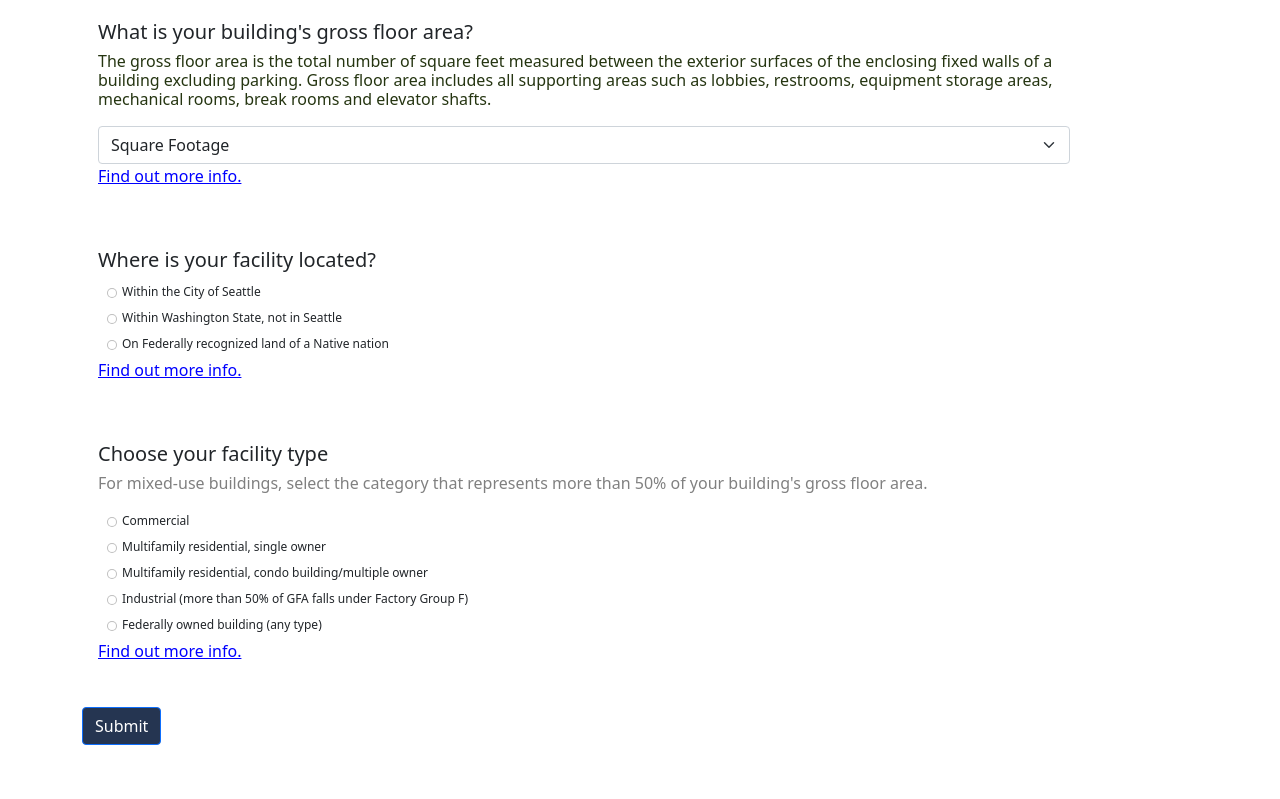
Repository: ChaidGPT/SershonSystemsQuiz
Page: index.html
These files come from the project's save history. The page is drawn as it stood at one moment and after the next save; the edit follows.
The browser window is 1280 px wide. The pictures show the whole page.

Above is the page before, as saved 2023-07-13 13:29:38.

### index.html
<!DOCTYPE html>
<html>

<head>
	<meta charset="utf-8">
	<title>Quiz</title>
	<link rel="stylesheet" href="https://cdn.jsdelivr.net/npm/bootstrap@5.0.2/dist/css/bootstrap.min.css">
	<style>
	.card {
		width: 90%;
        border: none;
	}

	.card-column {
		display: flex;
		flex-direction: column;
		align-items: center;
		max-width: auto;
	}

    .btn {
        color: white;
        background-color: #253551;
    }

	.card-body p {
		font-size: 8;
		color: gray;
		line-height: 1.2;
	}

	.form-check-input[type="radio"] {
        font-size: 10px;
		margin-right: 5px;
    }

    .form-check-label {
        font-size: 12px;
    }

	.form-check {
  display: flex;
  align-items: center;
}

.info-link {
    color: blue;
}

#resultContainer {
  overflow-y: auto;
}

#resultMessage {
  text-align: justify;
  font-size: 12px;
}
	</style>
</head>

<body>
	<div id="quizContainer" class="container">
		<!-- Question 1 Card -->
		<div class="card mb-1 mt-1">
			<div class="card-body">
				<h5 class="card-title">What is your building's gross floor area?</h5>
        <p class="card-text" style="color: #253511;">The gross floor area is the total number of square feet measured between the exterior surfaces of the enclosing fixed walls of a building excluding parking. Gross floor area includes all supporting areas such as lobbies, restrooms, equipment storage areas, mechanical rooms, break rooms and elevator shafts.</p>
				<div class="form-group">
					<select id="buildingSize" type="number" class="form-select">
						<option value="">Square Footage</option>
						<option value="under20k">less than 20k square feet</option>
						<option value="20kTo30k">20k - 30k square feet</option>
						<option value="30kTo50k">30k - 50k square feet</option>
						<option value="50kTo70k">50k - 70k square feet</option>
						<option value="70kTo90k">70k - 90k square feet</option>
						<option value="90kTo100k">90k - 100k square feet</option>
						<option value="100kTo200k">100k - 200k square feet</option>
						<option value="200kTo220k">200k - 220k square feet</option>
						<option value="over220k">over 220k square feet</option>
					</select>
				</div>
				<a href="" target="_blank" class="info-link">Find out more info.</a>
			</div>
		</div>
		<!-- Question 1 Card End -->
		<br>
		<!-- Question 2 Card -->
		<div class="card mb-1">
			<div class="card-body">
				<h5 class="card-title">Where is your facility located?</h5>
				<div class="form-check">
					<input type="radio" id="seattle" name="buildingLocation" value="seattle" class="form-check-input">
					<label for="seattle" class="form-check-label">Within the City of Seattle</label>
				</div>
				<div class="form-check">
					<input type="radio" id="washington" name="buildingLocation" value="washington" class="form-check-input">
					<label for="washington" class="form-check-label">Within Washington State, not in Seattle</label>
				</div>
				<div class="form-check">
					<input type="radio" id="native" name="buildingLocation" value="native" class="form-check-input">
					<label for="native" class="form-check-label">On Federally recognized land of a Native nation</label>
				</div>
				<a href="" target="_blank" class="info-link">Find out more info.</a>
			</div>
		</div>
		<!-- Question 2 Card End -->
		<br>
		<!-- Question 3 Card -->
		<div class="card mb-1">
			<div class="card-body">
				<h5 class="card-title">Choose your facility type</h5>
				<p class="card-text">For mixed-use buildings, select the category that represents more than 50% of your building's gross floor area.</p>
				<div class="form-group">
					<div class="form-check">
						<input type="radio" id="commercial" name="facilityType" value="commercial" class="form-check-input">
						<label for="commercial" class="form-check-label">Commercial</label>
					</div>
					<div class="form-check">
						<input type="radio" id="MFsingle" name="facilityType" value="MFsingle" class="form-check-input">
						<label for="MFsingle" class="form-check-label">Multifamily residential, single owner</label>
					</div>
					<div class="form-check">
						<input type="radio" id="MFmultiple" name="facilityType" value="MFmultiple" class="form-check-input">
						<label for="MFmultiple" class="form-check-label">Multifamily residential, condo building/multiple owner</label>
					</div>
					<div class="form-check">
						<input type="radio" id="industrial" name="facilityType" value="industrial" class="form-check-input">
						<label for="industrial" class="form-check-label">Industrial (more than 50% of GFA falls under Factory Group F)</label>
					</div>
					<div class="form-check">
						<input type="radio" id="federal" name="facilityType" value="federal" class="form-check-input">
						<label for="federal" class="form-check-label">Federally owned building (any type)</label>
					</div>
				</div>
				<a href="" target="_blank" class="info-link">Find out more info.</a>
			</div>
		</div>
		<!-- Question 3 Card End -->
		<br>
		<button id="submitBtn" type="submit" class="btn btn-primary">Submit</button>
	</div>

  <div id="resultContainer" class="container d-flex align-items-center justify-content-center fade" style="display: none;">
    <div class="text-center">
      <p id="resultMessage"></p>
      <button id="goBackBtn" type="button" class="btn btn-primary">Go back</button>
    </div>
  </div>

	<script src="https://cdn.jsdelivr.net/npm/bootstrap@5.0.2/dist/js/bootstrap.bundle.min.js"></script>
	<script>

    // Info Snippets
    var fullEXEMPT = '<h3>Exempt</h3> <b>Based on the answers provided, your facility is not subject to the following regulations:</b><br>' +
                'Seattle Energy Benchmarking, Seattle Building Tune-Ups, WA Clean Buildings Performance Standard, or Seattle Building Emissions Performance Standard<br>' +
                'To learn more, contact Sershon Systems at (206)745-2938 or emily@sershonsystems.com.<br><br>' +
                '<b>Possible Reasons for Exemption:</b><br>' +
                '&#8226; Federal ownership<br>' +
                '&#8226; Industrial facility<br>' +
                '&#8226; Located within a Native nation<br>' +
                '&#8226; Facilities less than 20,000 square feet<br><br>' +
                '<b>You may be required to apply for exemption and provide supporting documentation.</b><br>' +
                '• Contact Sershon Systems to discuss specific exemption application deadlines.';
    var answerBegin = '<b>Based on the answers provided, your facility is subject to the legislation and deadlines shown. For more information on compliance, to get started, or to speak with a qualified person, contact Sershon Systems at (206)745-2938 or emily@sershonsystems.com</b><br><br>';
    var sebOct1st23 = '<b>Seattle Energy Benchmarking</b><br>' +
                      '<ul>' +
                        '<li>Oct 1st, 2023, then annually on June 1st</li>' +
                      '</ul>';
    var setuOct1st23 = '<b>Seattle Building Tune-Ups</b>' +
                        '<ul>' +
                          '<li>Oct 1st, 2023</li>' +
                        '</ul>';
    var cbpsJun1sr23  = '<b>WA Clean Buildings Performance Standard</b>' +
                          '<ul>' +
                            '<li>June 1st, 2024: last date to start 24-month data collection window</li>' +
                            '<li>June 1st, 2025: energy management plan must be implemented</li>' +
                            '<li>June 1st, 2026 compliance deadline, and every 5 years thereafter</li>' +
                          '</ul>';
    var sbepsOct1st24 = '<b>Seattle Building Emissions Performance Standard</b>' +
                          '<ul>' +
                            '<li>Oct 1st, 2027: reporting deadline</li>' +
                            '<li>Oct 1st, 2031: compliance deadline</li>' +
                            '<li>Every 5 years, achieving net zero emissions Oct 1st, 2041</li>' +
                          '</ul>';
    var cbpsJune1st25 = '<b>Clean Buildings Performance Standard</b>' +
                            '<ul>' +
                              '<li>June 1st, 2025: last date to start 24-month data collection window</li>' +
                              '<li>June 1st, 2026: energy management plan must be implemented</li>' +
                              '<li>June 1st, 2027 compliance deadline, and every 5 years thereafter</li>' +
                            '<ul>';
    var sbepsOct1st27 = '<b>Seattle Building Emissions Performance</b>' +
                              '<ul>' +
                                '<li>Standard Oct 1st, 2027: reporting deadline</li>' +
                                '<li>Oct 1st, 2032: compliance deadline</li>' +
                                '<li>Every 5 years, achieving net zero emissions Oct 1st, 2042</li>' +
                              '</ul>';
    var sbtuOct1st24 = '<b>Seattle Building Tune-Ups</b>' +
                        '<ul>' +
                          '<li>Oct 1st, 2024</li>' +
                        '</ul>';
    var sbtuOct1st25 = '<b>Seattle Building Tune-Ups</b>' +
                        '<ul>' +
                          '<li>Oct 1st, 2025</li>' +
                        '</ul>';
    var cbpsJune1st26 = '<b>WA Clean Buildings Performance Standard</b>' +
                        '<ul>' +
                          '<li>June 1st, 2026: last date to start 24-month data collection window</li>' +
                          '<li>June 1st, 2027: energy management plan must be implemented</li>' +
                          '<li>June 1st, 2028 compliance deadline, and every 5 years thereafter</li>' +
                        '</ul>';
    var sbepsOct1st28 = '<b>Seattle Building Emissions Performance Standard</b>' +
                        '<ul>' +
                          '<li>Oct 1st, 2028: reporting deadline</li>' +
                          '<li>Oct 1st, 2033: compliance deadline</li>' +
                          '<li>Every 5 years, achieving net zero emissions Oct 1st, 2043</li>' +
                        '</ul>';
    var sbtuOct1st26 = '<b>Seattle Building Tune-Ups</b>' +
                        '<ul>' +
                          '<li>Oct 1st, 2026</li>' +
                        '</ul>';
    var cbpsJuly1st26 = '<b>WA Clean Buildings Performance Standard</b>' +
                        '<ul>' +
                          '<li>July 1st, 2026 energy management plan must be implemented</li>' +
                          '<li>July 1st, 2027 reporting only, then compliance on 5-year cycle</li>' +
                        '</ul>';
    var sbepsOct1st29 = '<b>Seattle Building Emissions Performance Standard</b>' +
                        '<ul>' +
                          '<li>Oct 1st, 2029: reporting deadline</li>' +
                          '<li>Oct 1st, 2034: compliance deadline Every 5 years, achieving net zero emissions Oct 1st, 2044</li>' +
                        '</ul>';
    var sbepsOct1st30 = '<b>Seattle Building Emissions Performance Standard</b>' +
                        '<ul>' +
                          '<li>Oct 1st, 2030: reporting deadline</li>' +
                          '<li>Oct 1st, 2035: compliance deadline Every 5 years, achieving net zero emissions Oct 1st, 2045</li>' +
                        '</ul>';
    var sbepsOct1st2731 = '<b>Seattle Building Emissions Performance Standard</b>' +
                        '<ul>' +
                          '<li>Oct 1st, 2027: reporting deadline</li>' +
                          '<li>Oct 1st, 2031: compliance deadline Every 5 years, achieving net zero emissions Oct 1st, 2046</li>' +
                        '</ul>';
    var sbepsOct1st2833 = '<b>Seattle Building Emissions Performance Standard</b>' +
                        '<ul>' +
                          '<li>Oct 1st, 2028: reporting deadline' +
                          '<li>Oct 1st, 2033: compliance deadline Every 5 years, achieving net zero emissions Oct 1st, 2048</li>' +
                        '</ul>';
    var sbepsOct1st2949 = '<b>Seattle Building Emissions Performance Standard</b>' +
                        '<ul>' +
                          '<li>Oct 1st, 2029: reporting deadline' +
                          '<li>Oct 1st, 2034: compliance deadline Every 5 years, achieving net zero emissions Oct 1st, 2049</li>' +
                        '</ul>';
    var sbepsOct1st20 = '<b>Seattle Building Emissions Performance Standard</b>' +
                        '<ul>' +
                          '<li>Oct 1st, 2020: reporting deadline' +
                          '<li>Oct 1st, 2035: compliance deadline Every 5 years, achieving net zero emissions Oct 1st, 2050</li>' +
                        '</ul>';
    var cbpsJune1st2527 = '<b>WA Clean Buildings Performance Standard</b>' +
                        '<ul>' +
                          '<li>June 1st, 2025: last date to start 24-month data collection window' +
                          '<li>June 1st, 2026: energy management plan must be implemented</li>' +
                          '<li>June 1st, 2027: compliance deadline, and every 5 years thereafter</li>' +
                        '</ul>';
    var sbepsOct1st2732 = '<b>Seattle Clean Buildings Performance Standard</b>' +
                        '<ul>' +
                          '<li>June 1st, 2025: last date to start 24-month data collection window' +
                          '<li>Oct 1st, 2027: reporting deadline</li>' +
                          '<li>Oct 1st, 2032: compliance deadline Every 5 years, achieving net zero emissions Oct 1st, 2047</li>' +
                        '</ul>';
    // End Info Snippets

    var messageTable = {

      // Answer 1
      'over220k-seattle-commercial': 'Answer 1<br>' + answerBegin + sebOct1st23 + setuOct1st23 + cbpsJun1sr23 + sbepsOct1st24,

      // Answer 2
      '200kTo220k-seattle-commercial': 'Answer 2<br>' + answerBegin + sebOct1st23 + setuOct1st23 + cbpsJune1st25 + sbepsOct1st27,

      // Answer 3
      '100kTo200k-seattle-commercial': 'Answer 3<br>' + answerBegin + sebOct1st23 + cbpsJune1st25  + sbepsOct1st27 + sbtuOct1st24,

      // Answer 4
      '90kTo100k-seattle-commercial': 'Answer 4<br>' + answerBegin + sebOct1st23 + cbpsJune1st25 + sbepsOct1st27,

      // Answer 5
      '70kTo90k-seattle-commercial': 'Answer 5<br>' + answerBegin + sbtuOct1st25 + cbpsJune1st26 + sbepsOct1st28,

      // Answer 6
      '50kTo70k-seattle-commercial': 'Answer 6<br>' + answerBegin + sebOct1st23 + cbpsJune1st26 + sbepsOct1st28 + sbtuOct1st26,

      // Answer 7
      '30kTo50k-seattle-commercial': 'Answer 7<br>' + answerBegin + sebOct1st23 + cbpsJuly1st26 + sbepsOct1st29,

      // Answer 8
      '20kTo30k-seattle-commercial': 'Answer 8<br> ' + answerBegin + sebOct1st23 + cbpsJuly1st26 + sbepsOct1st30,

      // Answer 9
      '20kTo30k-washington-MFmultiple': 'Answer 9<br>' + fullEXEMPT,
      '30kTo50k-washington-MFmultiple': 'Answer 9<br>' + fullEXEMPT,
      '50kTo70k-washington-MFmultiple': 'Answer 9<br>' + fullEXEMPT,
      '70kTo90k-washington-MFmultiple': 'Answer 9<br>' + fullEXEMPT,
      '90kTo100k-washington-MFmultiple': 'Answer 9<br>' + fullEXEMPT,
      '100kTo200k-washington-MFmultiple': 'Answer 9<br>' + fullEXEMPT,
      '200kTo220k-washington-MFmultiple': 'Answer 9<br>' + fullEXEMPT,
      'over220k-washington-MFmultiple': 'Answer 9<br>' + fullEXEMPT,

      // Answer 10
      'over220k-seattle-MFsingle': 'Answer 10<br>' + answerBegin + sebOct1st23 + cbpsJuly1st26 + sbepsOct1st2731,

      // Answer 11
      '90kTo100k-seattle-MFsingle': 'Answer 11<br>' + answerBegin + sebOct1st23 + cbpsJuly1st26 + sbepsOct1st2732,
      '100kTo200k-seattle-MFsingle': 'Answer 11<br>' + answerBegin + sebOct1st23 + cbpsJuly1st26 + sbepsOct1st2732,
      '200kTo220k-seattle-MFsingle': 'Answer 11<br>' + answerBegin + sebOct1st23 + cbpsJuly1st26 + sbepsOct1st2732,

      // Answer 12
      '50kTo70k-seattle-MFsingle': 'Answer 12<br>' + answerBegin + sebOct1st23 + cbpsJuly1st26 + sbepsOct1st2833,
      '70kTo90k-seattle-MFsingle': 'Answer 12<br>' + answerBegin + sebOct1st23 + cbpsJuly1st26 + sbepsOct1st2833,

      // Answer 13
      '30kTo50k-seattle-MFsingle': 'Answer 13<br>' + answerBegin + sebOct1st23 + cbpsJuly1st26 + sbepsOct1st2949,

      // Answer 14
      '20kTo30k-seattle-MFsingle': 'Answer 14<br>' + answerBegin + sebOct1st23 + cbpsJuly1st26 + sbepsOct1st20,

      // Answer 15
      'over220k-seattle-MFmultiple': 'Answer 15<br>' + answerBegin + sebOct1st23 + sbepsOct1st2731,

      // Answer 16
      '90kTo100k-seattle-MFmultiple': 'Answer 16<br>' + answerBegin + sebOct1st23 + sbepsOct1st2732,
      '100kTo200k-seattle-MFmultiple': 'Answer 16<br>' + answerBegin + sebOct1st23 + sbepsOct1st2732,
      '200kTo220k-seattle-MFmultiple': 'Answer 16<br>' + answerBegin + sebOct1st23 + sbepsOct1st2732,

      // Answer 17
      '50kTo70k-seattle-MFmultiple': 'Answer 17<br>' + answerBegin + sebOct1st23 + sbepsOct1st2833,
      '70kTo90k-seattle-MFmultiple': 'Answer 17<br>' + answerBegin + sebOct1st23 + sbepsOct1st2833,

      // Answer 18
      '30kTo50k-seattle-MFmultiple': 'Answer 18' + answerBegin + sebOct1st23 + sbepsOct1st2949,

      // Answer 19
      '20kTo30k-seattle-MFmultiple': 'Answer 19<br>' + answerBegin + sebOct1st23 + sbepsOct1st20,

      // Answer 20
      'over220k-washington-commercial': 'Answer 20<br>' + answerBegin + cbpsJun1sr23,

      // Answer 21
      '90kTo100k-washington-commercial': 'Answer 21<br>' + answerBegin + cbpsJune1st2527,
      '100kTo200k-washington-commercial': 'Answer 21<br>' + answerBegin + cbpsJune1st2527,
      '200kTo220k-washington-commercial': 'Answer 21<br>' + answerBegin + cbpsJune1st2527,

      // Answer 22
      '50kTo70k-washington-commercial': 'Answer 22<br>' + answerBegin + cbpsJune1st26,
      '70kTo90k-washington-commercial': 'Answer 22<br>' + answerBegin + cbpsJune1st26,

      // Answer 23
      '20kTo30k-washington-commercial': 'Answer 23<br>' + answerBegin + cbpsJuly1st26,
      '30kTo50k-washington-commercial': 'Answer 23<br>' + answerBegin + cbpsJuly1st26,
      '20kTo30k-washington-MFsingle': 'Answer 23<br>' + answerBegin + cbpsJuly1st26,
      '30kTo50k-washington-MFsingle': 'Answer 23<br>' + answerBegin + cbpsJuly1st26,
      '50kTo70k-washington-MFsingle': 'Answer 23<br>' + answerBegin + cbpsJuly1st26,
      '70kTo90k-washington-MFsingle': 'Answer 23<br>' + answerBegin + cbpsJuly1st26,
      '90kTo100k-washington-MFsingle': 'Answer 23<br>' + answerBegin + cbpsJuly1st26,
      '100kTo200k-washington-MFsingle': 'Answer 23<br>' + answerBegin + cbpsJuly1st26,
      '200kTo220k-washington-MFsingle': 'Answer 23<br>' + answerBegin + cbpsJuly1st26,
      'over220k-washington-MFsingle': 'Answer 23<br>' + answerBegin + cbpsJuly1st26,
    };

    document.querySelector("#submitBtn").addEventListener("click", function(event) {
  event.preventDefault();

  var DD = document.querySelector('#buildingSize').value;
  var R1 = document.querySelector('input[name="buildingLocation"]:checked').value;
  var R2 = document.querySelector('input[name="facilityType"]:checked').value;

  // Check to see if the user chose a square footage
  if (DD === '') {
    alert("Please select a square footage option.");
    return;
  }

  var combination = DD + '-' + R1 + '-' + R2;

  // Check if the combination contains specific values
  if (R1 === 'native' || R2 === 'federal' || R2 === 'industrial' || DD === 'under20k') {
    var message = fullEXEMPT;
  } else {
    // Retrieve the message from the message table using the combination key
    var message = messageTable[combination] || 'Default message';
  }

  // Hide the quiz container with fade animation
  var quizContainer = document.getElementById('quizContainer');
  quizContainer.classList.add('fade');
  setTimeout(function() {
    quizContainer.style.display = 'none';
    quizContainer.classList.remove('fade');

    // Scroll to the top of the page
    window.scrollTo({ top: 30, behavior: 'smooth' });

    // Display the result container with fade animation
    var resultContainer = document.getElementById('resultContainer');
    resultContainer.style.display = 'flex';
    document.getElementById('resultMessage').innerHTML = message;
    resultContainer.classList.add('show');
  }, 1000); // Adjust the delay (in milliseconds) to match the animation duration
});

document.querySelector("#goBackBtn").addEventListener("click", function(event) {
  event.preventDefault();

  // Refresh the page
  location.reload();
});

</script>

</body>

</html>

After the next save:
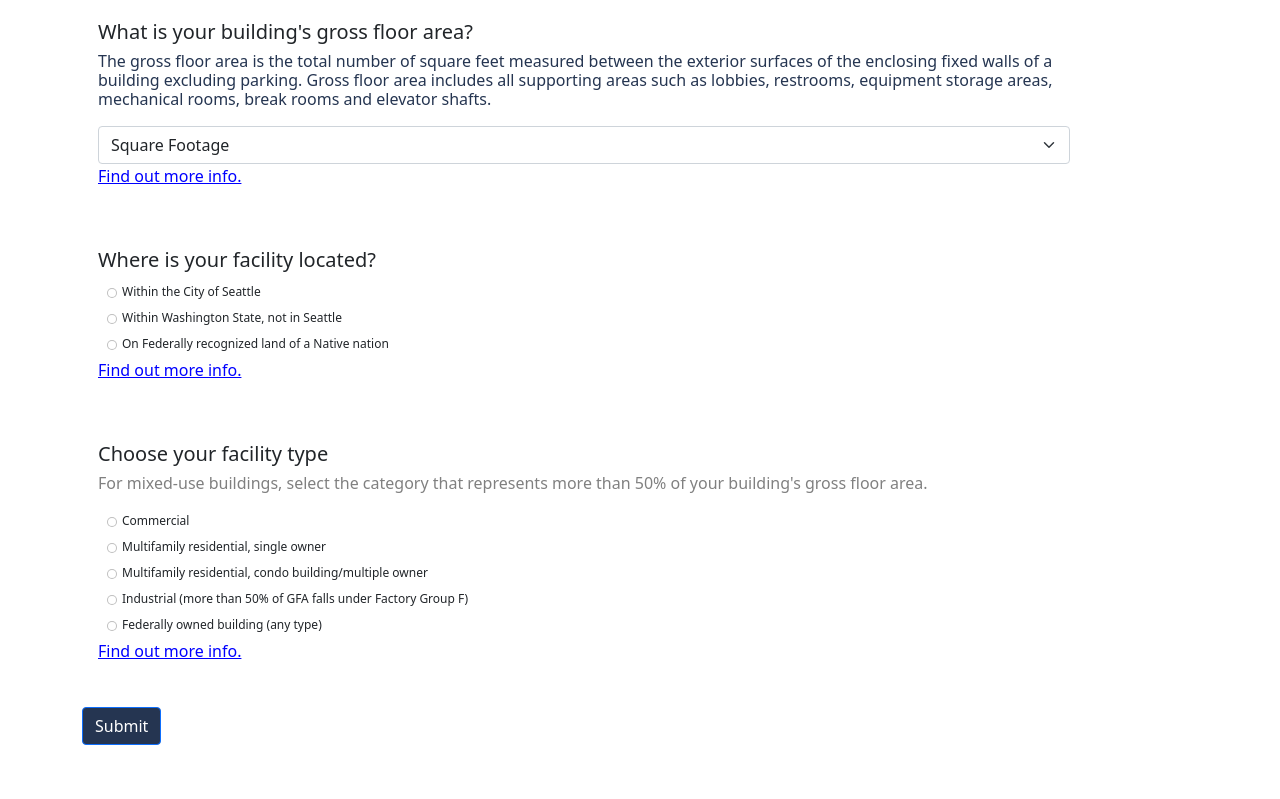
Saved 27 s later.
--- a/index.html
+++ b/index.html
@@ -64,7 +64,7 @@
 		<div class="card mb-1 mt-1">
 			<div class="card-body">
 				<h5 class="card-title">What is your building's gross floor area?</h5>
-        <p class="card-text" style="color: #253511;">The gross floor area is the total number of square feet measured between the exterior surfaces of the enclosing fixed walls of a building excluding parking. Gross floor area includes all supporting areas such as lobbies, restrooms, equipment storage areas, mechanical rooms, break rooms and elevator shafts.</p>
+        <p class="card-text" style="color: #253551;">The gross floor area is the total number of square feet measured between the exterior surfaces of the enclosing fixed walls of a building excluding parking. Gross floor area includes all supporting areas such as lobbies, restrooms, equipment storage areas, mechanical rooms, break rooms and elevator shafts.</p>
 				<div class="form-group">
 					<select id="buildingSize" type="number" class="form-select">
 						<option value="">Square Footage</option>
